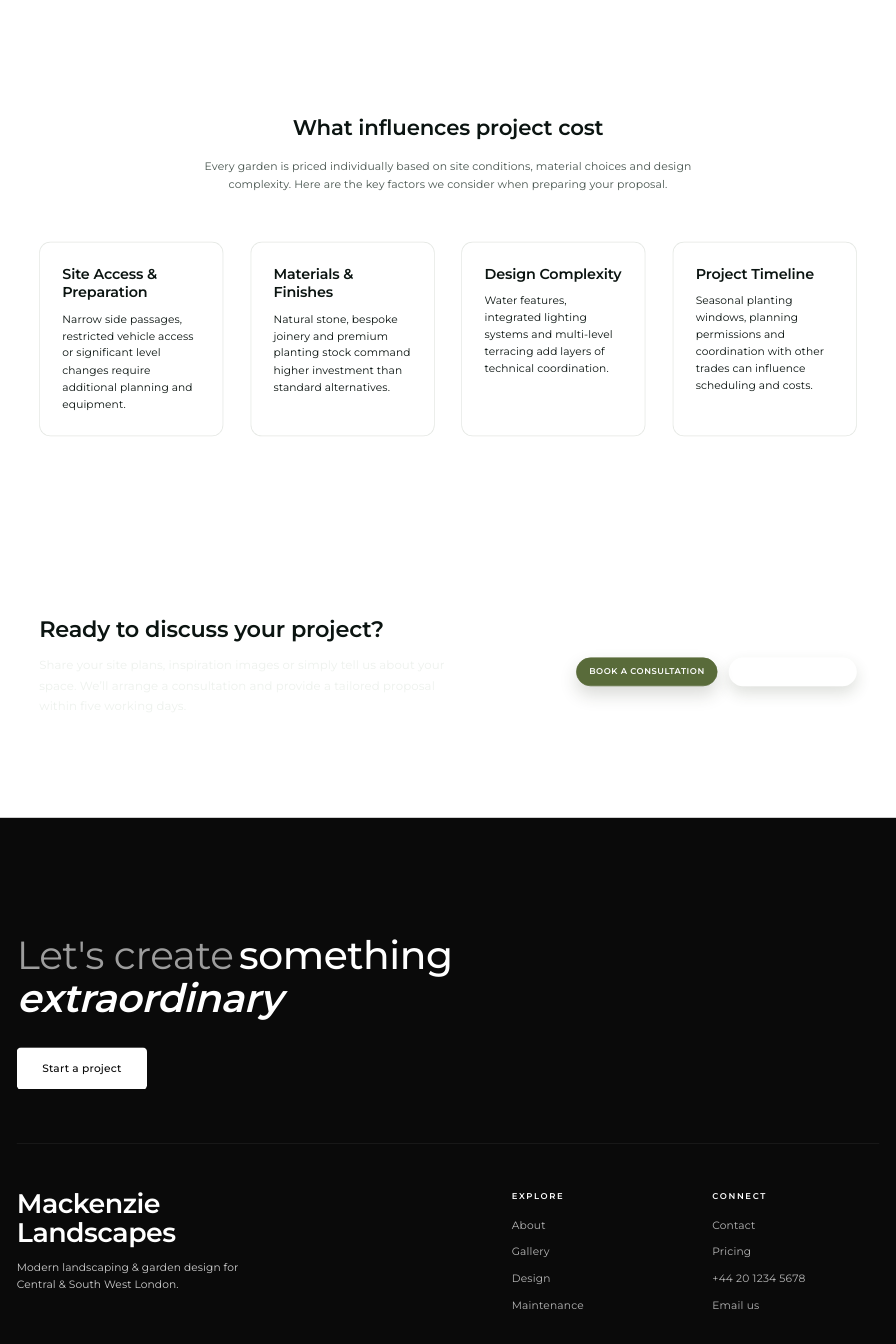
Repository: JoelMann1/MackenzieLandscapes
Page: pricing.html
The author's editor kept a copy of each file at every save. The page is drawn from the files as they stood at one save, then again after the next save.
The browser window is 1280 px wide. The pictures show the part of the page from y = 1915 to 3835 px (the page is 3997 px tall), at 70% of full size.
A picture or video elsewhere on the page could not be fetched, so the positions and the page height are approximate.

Above is the page before, as saved 2025-10-22 14:57:00.

### pricing.html
<!doctype html>
<html lang="en-GB">
<head>
  <meta charset="utf-8" />
  <meta name="viewport" content="width=device-width, initial-scale=1" />
  <title>Pricing &mdash; Mackenzie Landscapes</title>
  <meta name="description" content="Transparent, simple packages for design, build, and maintenance.">
  <meta name="theme-color" content="#1B8A64">
  <link rel="icon" href="assets/img/favicon.svg" type="image/svg+xml">
  <link rel="stylesheet" href="assets/css/styles.css">
  <meta property="og:title" content="Pricing &mdash; Mackenzie Landscapes">
  <meta property="og:description" content="Explore guide prices for design, build, maintenance, and commercial landscaping projects.">
  <meta property="og:type" content="website">
  <meta property="og:image" content="assets/img/IMG-5466-1024x768.jpg">
  <meta property="og:locale" content="en_GB">
</head>
<body>
<a class="skip-link" href="#content">Skip to content</a>
<header class="site-header" data-header>
  <div class="nav-inner">
    <a class="logo" href="index.html" aria-label="Mackenzie Landscapes home">
      <svg aria-hidden="true" viewBox="0 0 64 64"><use href="assets/img/favicon.svg#leaf"/></svg>
      <span class="visually-hidden">Mackenzie Landscapes</span>
    </a>
    <nav class="primary-nav" aria-label="Primary">
      <ul class="menu" role="menubar">
        <li class="menu-item"><a role="menuitem" href="index.html">Home</a></li>
        <li class="menu-item"><a role="menuitem" href="about.html">About</a></li>
        <li class="menu-item has-panel" data-menu="services">
          <button class="menu-trigger" type="button" aria-expanded="false" aria-controls="panel-services" role="menuitem">
            Services
          </button>
          <div id="panel-services" class="menu-panel" role="menu" hidden>
            <div class="panel-col" role="none">
              <span class="panel-heading">Design &amp; Planning</span>
              <a role="menuitem" href="concept-and-design.html">Concept &amp; Design</a>
              <a role="menuitem" href="softscaping.html">Softscaping</a>
            </div>
            <div class="panel-col" role="none">
              <span class="panel-heading">Build &amp; Care</span>
              <a role="menuitem" href="hardscaping.html">Hardscaping</a>
              <a role="menuitem" href="tree-care.html">Tree Care</a>
              <a role="menuitem" href="commercial.html">Commercial</a>
              <a role="menuitem" href="maintenance.html">Maintenance</a>
            </div>
          </div>
        </li>
        <li class="menu-item has-panel" data-menu="projects">
          <button class="menu-trigger" type="button" aria-expanded="false" aria-controls="panel-projects" role="menuitem">
            Projects
          </button>
          <div id="panel-projects" class="menu-panel" role="menu" hidden>
            <div class="panel-col" role="none">
              <span class="panel-heading">Featured</span>
              <a role="menuitem" href="gallery.html">Gallery Overview</a>
              <a role="menuitem" href="gallery.html#lighting">Lighting &amp; ambience</a>
            </div>
            <div class="panel-col" role="none">
              <span class="panel-heading">Details</span>
              <a role="menuitem" href="gallery.html#hardscape">Hardscape detailing</a>
              <a role="menuitem" href="gallery.html#planting">Planting inspiration</a>
            </div>
          </div>
        </li>
        <li class="menu-item"><a role="menuitem" href="pricing.html">Pricing</a></li>
      </ul>
    </nav>
    <div class="nav-cta">
      <a class="cta" href="contact.html">Contact Us</a>
      <a class="phone" href="tel:+442012345678">+44 20 1234 5678</a>
    </div>
    <button class="mobile-menu-toggle" type="button" aria-label="Toggle mobile menu" aria-expanded="false" aria-controls="mobile-menu">
      <span class="hamburger-line"></span>
      <span class="hamburger-line"></span>
      <span class="hamburger-line"></span>
    </button>
  </div>
</header>

<!-- Mobile Menu Overlay -->
<div class="mobile-menu" id="mobile-menu" aria-hidden="true">
  <div class="mobile-menu__inner">
    <nav class="mobile-nav" aria-label="Mobile navigation">
      <ul class="mobile-menu__list">
        <li class="mobile-menu__item">
          <a href="index.html" class="mobile-menu__link">Home</a>
        </li>
        <li class="mobile-menu__item">
          <a href="about.html" class="mobile-menu__link">About</a>
        </li>
        <li class="mobile-menu__item mobile-menu__item--has-submenu">
          <button class="mobile-menu__link mobile-submenu-toggle" type="button" aria-expanded="false">
            Services
            <svg class="submenu-arrow" width="12" height="12" viewBox="0 0 12 12" fill="none">
              <path d="M2 4L6 8L10 4" stroke="currentColor" stroke-width="2" stroke-linecap="round"/>
            </svg>
          </button>
          <ul class="mobile-submenu">
            <li><a href="concept-and-design.html">Concept &amp; Design</a></li>
            <li><a href="softscaping.html">Softscaping</a></li>
            <li><a href="hardscaping.html">Hardscaping</a></li>
            <li><a href="tree-care.html">Tree Care</a></li>
            <li><a href="commercial.html">Commercial</a></li>
            <li><a href="maintenance.html">Maintenance</a></li>
          </ul>
        </li>
        <li class="mobile-menu__item mobile-menu__item--has-submenu">
          <button class="mobile-menu__link mobile-submenu-toggle" type="button" aria-expanded="false">
            Projects
            <svg class="submenu-arrow" width="12" height="12" viewBox="0 0 12 12" fill="none">
              <path d="M2 4L6 8L10 4" stroke="currentColor" stroke-width="2" stroke-linecap="round"/>
            </svg>
          </button>
          <ul class="mobile-submenu">
            <li><a href="gallery.html">Gallery Overview</a></li>
            <li><a href="gallery.html#residential">Residential Gardens</a></li>
            <li><a href="gallery.html#lighting">Lighting Schemes</a></li>
            <li><a href="gallery.html#hardscape">Hardscape Detailing</a></li>
          </ul>
        </li>
        <li class="mobile-menu__item">
          <a href="pricing.html" class="mobile-menu__link">Pricing</a>
        </li>
      </ul>
      <div class="mobile-menu__cta">
        <a class="mobile-cta-btn" href="contact.html">Contact Us</a>
        <a class="mobile-phone" href="tel:+442012345678">+44 20 1234 5678</a>
      </div>
    </nav>
  </div>
</div>
<main id="content">

<section class="section section--dark section--pricing-hero">
  <div class="container about-preview">
    <div class="about-preview__copy" data-reveal-left>
      <p class="eyebrow eyebrow--light">Investment guide</p>
      <h1 class="section-title section-title--display">Pricing &amp; Consultation</h1>
      <p>Transparent, tailored proposals for gardens that reflect your vision. From compact courtyards to full estate redesigns, we price honestly and fix quotes once the scope is agreed.</p>
    </div>

    <div class="about-preview__media" data-reveal-right>
      <figure class="about-preview__feature">
        <img src="assets/img/IMG-5466-1024x768.jpg" alt="Beautiful garden landscape consultation">
      </figure>
      <div class="about-preview__stack">
        <img src="assets/img/IMG_6928.jpg" alt="Garden design and planning">
        <img src="assets/img/IMG_6835.jpg" alt="Landscape materials and finishes">
      </div>
    </div>
  </div>
</section><div id="header-sentinel" aria-hidden="true"></div>

<section class="section section--consultation-process">
  <div class="container consultation-process">
    <div class="consultation-process__intro" data-reveal>
      <p class="eyebrow eyebrow--sage">How it works</p>
      <h2 class="section-title">Three phases. One clear journey.</h2>
      <p>From initial site assessment through to final handover, our process is designed for clarity and collaboration. You&rsquo;ll know exactly what to expect at every stage.</p>
    </div>
    <div class="consultation-process__steps" data-reveal-stagger>
      <article class="values-item">
        <span class="values-item__icon" aria-hidden="true">
          <svg viewBox="0 0 32 32" fill="none" stroke="currentColor" stroke-width="1.6" stroke-linecap="round" stroke-linejoin="round">
            <path d="M6 24.5v-9L16 7l10 8.5v9" />
            <path d="M13 20c0-1.657 1.343-3 3-3s3 1.343 3 3-1.343 3-3 3-3-1.343-3-3Z" />
            <path d="M6 24.5h20" />
          </svg>
        </span>
        <span class="step-label">Phase 01</span>
        <h3>Site Visit &amp; Discovery</h3>
        <p>We measure the space, assess soil conditions and sun exposure, and discuss your vision. This initial meeting helps us understand constraints, opportunities and what success looks like for you.</p>
        <p class="step-note">Complimentary for projects over £15,000</p>
      </article>
      <article class="values-item">
        <span class="values-item__icon" aria-hidden="true">
          <svg viewBox="0 0 32 32" fill="none" stroke="currentColor" stroke-width="1.6" stroke-linecap="round" stroke-linejoin="round">
            <path d="M6 6h20v20H6z" />
            <path d="M10 14h12M10 19h12M14 9v14" />
            <path d="M8 24h16" />
          </svg>
        </span>
        <span class="step-label">Phase 02</span>
        <h3>Design &amp; Planning</h3>
        <p>We develop concept drawings, 3D visualisations and planting schedules tailored to your brief. Through collaborative review sessions, we refine materials, lighting and layout until everything feels right.</p>
        <p class="step-note">Design fees from £2,500 (credited against build)</p>
      </article>
      <article class="values-item">
        <span class="values-item__icon" aria-hidden="true">
          <svg viewBox="0 0 32 32" fill="none" stroke="currentColor" stroke-width="1.6" stroke-linecap="round" stroke-linejoin="round">
            <path d="M7 24h18" />
            <path d="M10 24v-6a6 6 0 0 1 12 0v6" />
            <path d="M13 12.5V11a3 3 0 1 1 6 0v1.5" />
            <path d="M8 24v2h16v-2" />
          </svg>
        </span>
        <span class="step-label">Phase 03</span>
        <h3>Build &amp; Execution</h3>
        <p>Once the design is approved, you receive a detailed quote with no hidden costs. Our teams manage every detail&mdash;from materials procurement to final planting&mdash;with weekly updates throughout.</p>
        <p class="step-note">Most projects complete within 2-8 weeks</p>
      </article>
    </div>
  </div>
</section>

<section class="section section--dark section--pricing-factors">
  <div class="container">
    <div class="pricing-factors" data-reveal>
      <div class="pricing-factors__intro">
        <p class="eyebrow eyebrow--light">Investment factors</p>
        <h2 class="section-title">What influences project cost</h2>
        <p>Every garden is priced individually based on site conditions, material choices and design complexity. Here are the key factors we consider when preparing your proposal.</p>
      </div>
      <div class="pricing-factors__grid" data-reveal-stagger>
        <div class="factor-item">
          <h3>Site Access &amp; Preparation</h3>
          <p>Narrow side passages, restricted vehicle access or significant level changes require additional planning and equipment.</p>
        </div>
        <div class="factor-item">
          <h3>Materials &amp; Finishes</h3>
          <p>Natural stone, bespoke joinery and premium planting stock command higher investment than standard alternatives.</p>
        </div>
        <div class="factor-item">
          <h3>Design Complexity</h3>
          <p>Water features, integrated lighting systems and multi-level terracing add layers of technical coordination.</p>
        </div>
        <div class="factor-item">
          <h3>Project Timeline</h3>
          <p>Seasonal planting windows, planning permissions and coordination with other trades can influence scheduling and costs.</p>
        </div>
      </div>
    </div>
  </div>
</section>

<section class="section section--pricing-cta">
  <div class="container">
    <div class="enquiry" data-reveal-scale>
      <div class="enquiry__copy">
        <h2>Ready to discuss your project?</h2>
        <p>Share your site plans, inspiration images or simply tell us about your space. We&rsquo;ll arrange a consultation and provide a tailored proposal within five working days.</p>
      </div>
      <div class="enquiry__actions">
        <a class="btn btn--primary" href="contact.html">Book a consultation</a>
        <a class="btn btn--secondary" href="tel:+442012345678"><span data-alt="Call the studio">Call the studio</span></a>
      </div>
    </div>
  </div>
</section>

</main>
<footer class="site-footer">
  <div class="container">
    <div class="footer-hero">
      <h2 class="footer-hero__title">
        <span class="footer-hero__line" data-footer-line>Let's create</span>
        <span class="footer-hero__line footer-hero__line--large" data-footer-line>something</span>
        <span class="footer-hero__line footer-hero__line--accent" data-footer-line>extraordinary</span>
      </h2>
      <div class="footer-hero__cta" data-footer-fade>
        <a href="contact.html" class="footer-cta-btn">Start a project</a>
      </div>
    </div>

    <div class="footer-content">
      <div class="footer-main">
        <div class="footer-brand" data-footer-fade>
          <h3>Mackenzie<br>Landscapes</h3>
          <p>Modern landscaping &amp; garden design for Central &amp; South West London.</p>
        </div>

        <nav class="footer-nav" aria-label="Footer navigation" data-footer-fade>
          <div class="footer-nav__col">
            <h4>Explore</h4>
            <ul>
              <li><a href="about.html">About</a></li>
              <li><a href="gallery.html">Gallery</a></li>
              <li><a href="concept-and-design.html">Design</a></li>
              <li><a href="maintenance.html">Maintenance</a></li>
            </ul>
          </div>
          <div class="footer-nav__col">
            <h4>Connect</h4>
            <ul>
              <li><a href="contact.html">Contact</a></li>
              <li><a href="pricing.html">Pricing</a></li>
              <li><a href="tel:+442012345678">+44 20 1234 5678</a></li>
              <li><a href="mailto:hello@mackenzielandscapes.co.uk">Email us</a></li>
            </ul>
          </div>
        </nav>
      </div>

      <div class="footer-bottom" data-footer-fade>
        <p class="footer-legal">&copy; <span id="year"></span> Mackenzie Landscapes. All rights reserved.</p>
        <div class="footer-social">
          <a href="#" aria-label="Instagram">
            <svg viewBox="0 0 24 24" fill="currentColor"><path d="M12 2.163c3.204 0 3.584.012 4.85.07 3.252.148 4.771 1.691 4.919 4.919.058 1.265.069 1.645.069 4.849 0 3.205-.012 3.584-.069 4.849-.149 3.225-1.664 4.771-4.919 4.919-1.266.058-1.644.07-4.85.07-3.204 0-3.584-.012-4.849-.07-3.26-.149-4.771-1.699-4.919-4.92-.058-1.265-.07-1.644-.07-4.849 0-3.204.013-3.583.07-4.849.149-3.227 1.664-4.771 4.919-4.919 1.266-.057 1.645-.069 4.849-.069zm0-2.163c-3.259 0-3.667.014-4.947.072-4.358.2-6.78 2.618-6.98 6.98-.059 1.281-.073 1.689-.073 4.948 0 3.259.014 3.668.072 4.948.2 4.358 2.618 6.78 6.98 6.98 1.281.058 1.689.072 4.948.072 3.259 0 3.668-.014 4.948-.072 4.354-.2 6.782-2.618 6.979-6.98.059-1.28.073-1.689.073-4.948 0-3.259-.014-3.667-.072-4.947-.196-4.354-2.617-6.78-6.979-6.98-1.281-.059-1.69-.073-4.949-.073zm0 5.838c-3.403 0-6.162 2.759-6.162 6.162s2.759 6.163 6.162 6.163 6.162-2.759 6.162-6.163c0-3.403-2.759-6.162-6.162-6.162zm0 10.162c-2.209 0-4-1.79-4-4 0-2.209 1.791-4 4-4s4 1.791 4 4c0 2.21-1.791 4-4 4zm6.406-11.845c-.796 0-1.441.645-1.441 1.44s.645 1.44 1.441 1.44c.795 0 1.439-.645 1.439-1.44s-.644-1.44-1.439-1.44z"/></svg>
          </a>
        </div>
      </div>
    </div>
  </div>
</footer>
<script src="assets/js/main.js"></script>
</body>
</html>

Loaded but not shown: assets/js/main.js (486 lines, source omitted); assets/css/styles.css (2861 lines, source omitted)

After the next save:
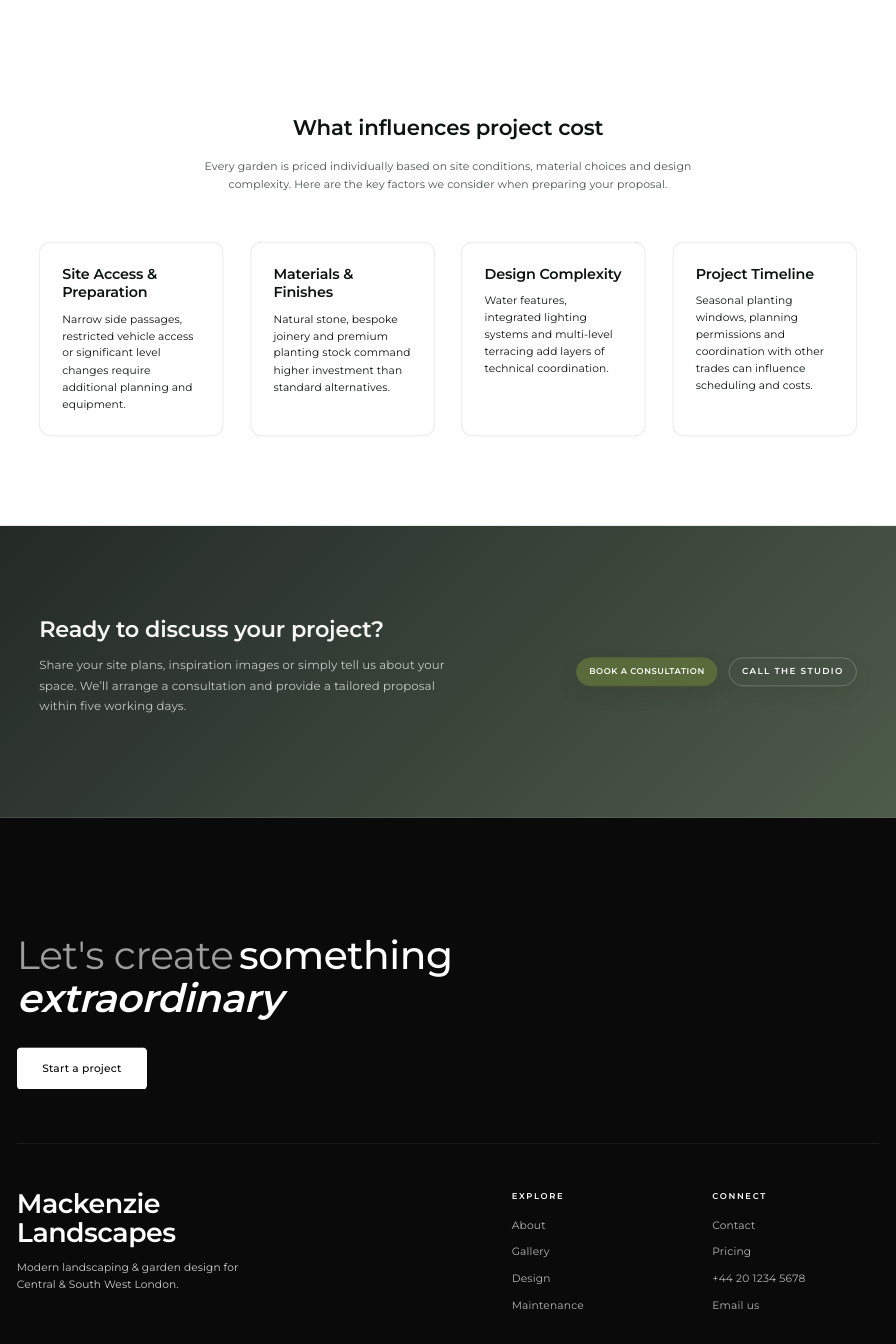
Saved 16 s later.
--- a/pricing.html
+++ b/pricing.html
@@ -233,7 +233,7 @@
   </div>
 </section>
 
-<section class="section section--pricing-cta">
+<section class="section section--dark section--enquiry section--pricing-cta">
   <div class="container">
     <div class="enquiry" data-reveal-scale>
       <div class="enquiry__copy">
